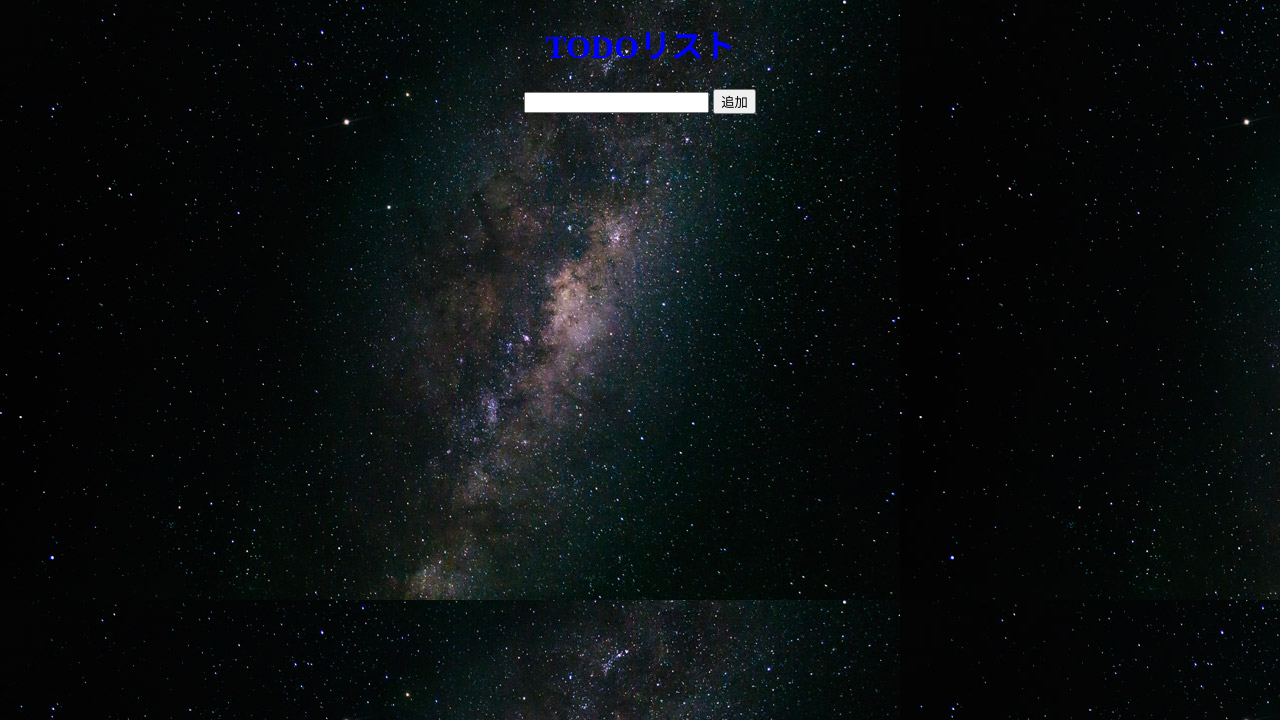
Repository: kntb2565/todolist
Page: src/index.html
An editor plug-in stored every save of this project. The page is shown before and after the next save, followed by the edit.
The browser window is 1280 px wide. The pictures show the whole page.

Above is the page before, as saved 2018-10-22 12:47:29.

### src/index.html
<!DOCTYPE html>
<html lang="ja">
<head>
  <meta charset="utf-8">
  <title>todolist</title>
  <link rel="stylesheet" href="css/styles.css" type="text/css">
  <style>
    body {background-image: url("img/utyu3.jpg");}
  </style>
</head>

  <div class="todo">
    <h1>TODOリスト</h1>
    <input type="text" />
    <input type="button" value="追加" />
  </div>
</html>

### src/css/styles.css
.todo{
    color: blue;
    text-align: center;
   }

After the next save:
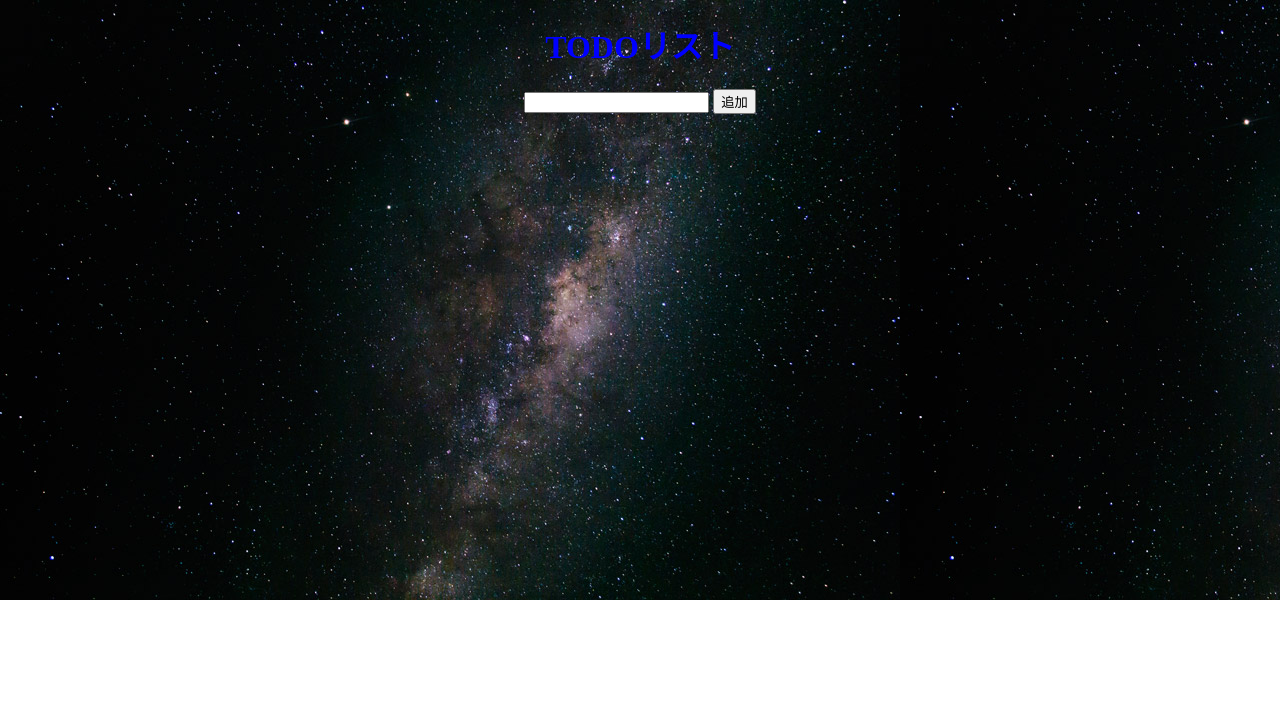
Saved 65 s later.
--- a/src/index.html
+++ b/src/index.html
@@ -5,7 +5,10 @@
   <title>todolist</title>
   <link rel="stylesheet" href="css/styles.css" type="text/css">
   <style>
-    body {background-image: url("img/utyu3.jpg");}
+    body {
+        background-image: url("img/utyu3.jpg");
+        background-repeat: repeat-x;
+    }
   </style>
 </head>
 
